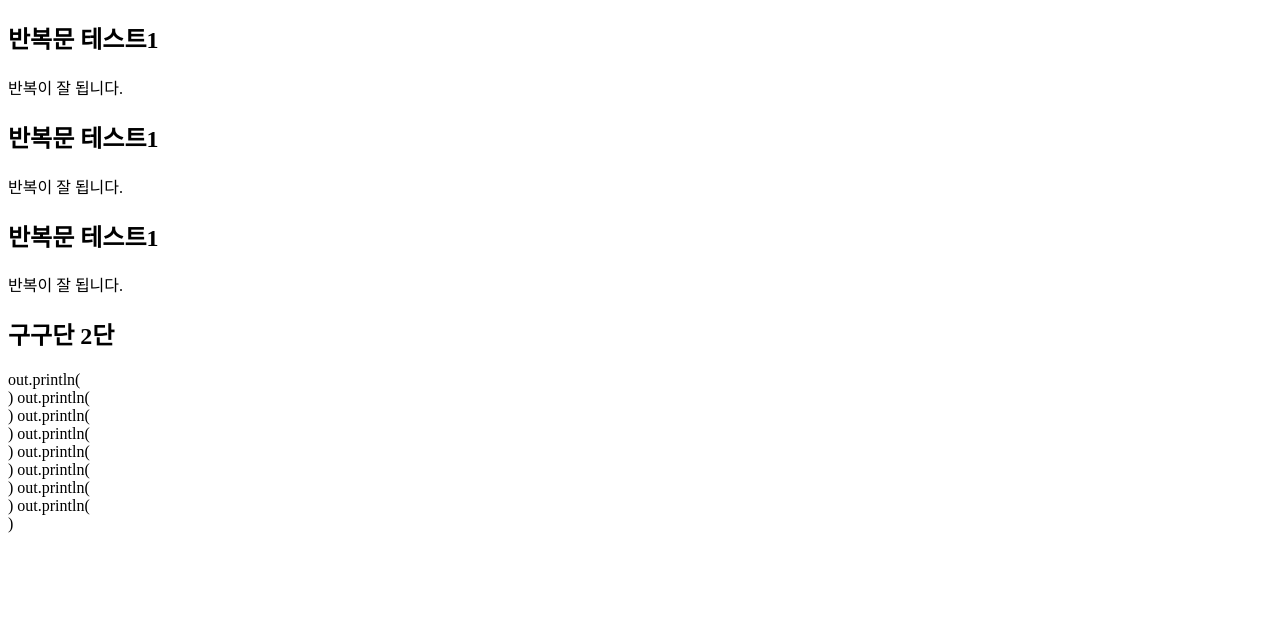
Repository: Kimhwawon/jsp_practice
Page: http://localhost/JSPBasic/JspTag/Scriptlet.jsp
The author's editor kept a copy of each file at every save. The page is drawn from the files as they stood at one save, then again after the next save.
The browser window is 1280 px wide. The pictures show the whole page.
The page is served by Tomcat 9.

Above is the page before, as saved 2022-01-28 02:36:37.

After the next save:
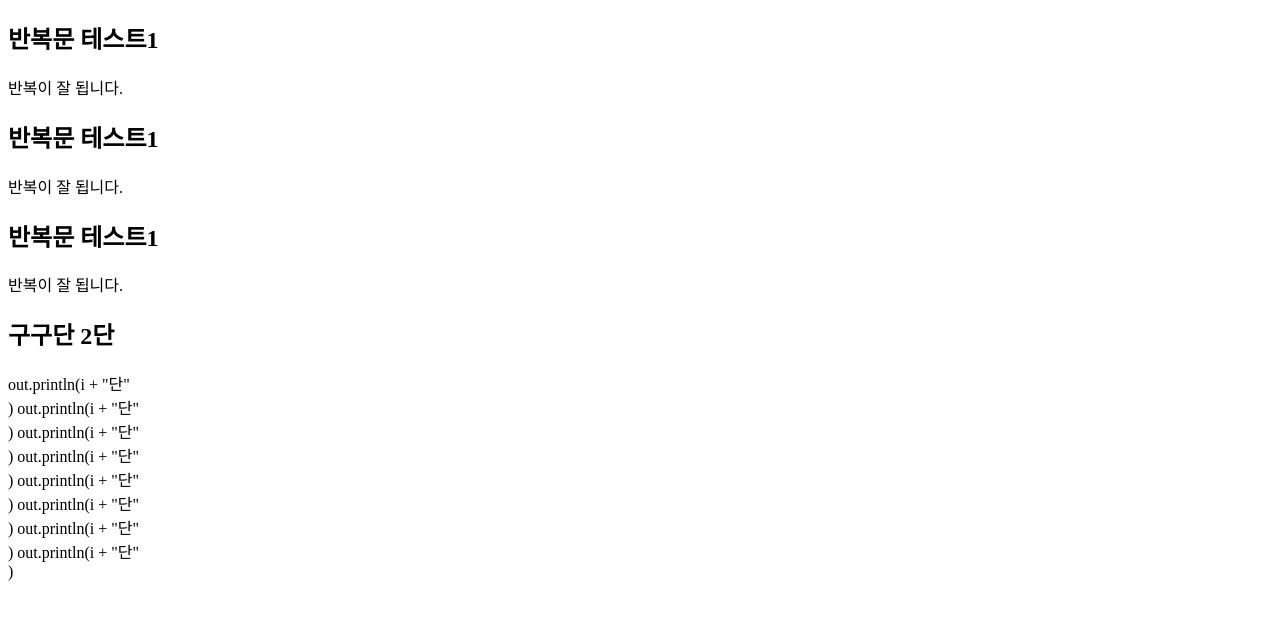
Saved 40 s later.
--- a/JSPBasic/src/main/webapp/JspTag/Scriptlet.jsp
+++ b/JSPBasic/src/main/webapp/JspTag/Scriptlet.jsp
@@ -22,7 +22,7 @@
 	(javascript의 document.write()와 같은 역할 )-->
 	<h2>구구단 2단</h2>
 	<% for(int i = 2; i <= 9; i++){ %>
-		out.println(</br>)
+		out.println(i + "단"</br>)
 
 	<% } %>
 </body>
